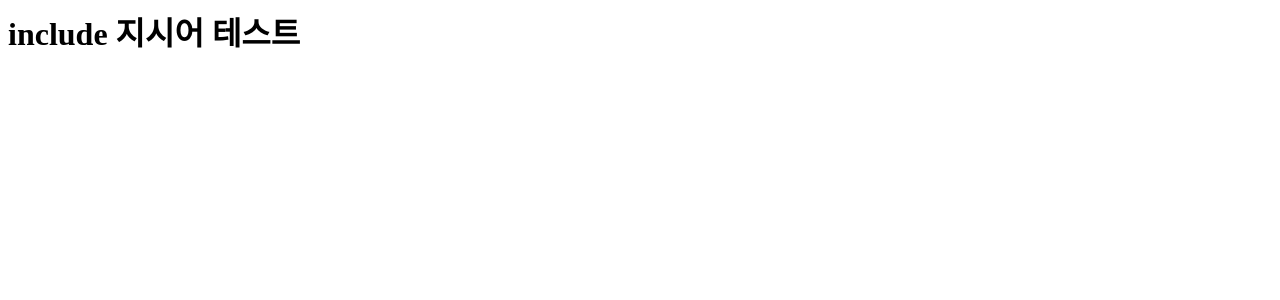
Repository: BogyeumKim/JSP
Page: http://localhost/FirstWeb/include/header.jsp
The author's editor kept a copy of each file at every save. The page is drawn from the files as they stood at one save, then again after the next save.
The browser window is 1280 px wide. The pictures show the whole page.
The page is served by Tomcat 9.

Above is the page before, as saved 2020-06-30 06:08:56.

After the next save:
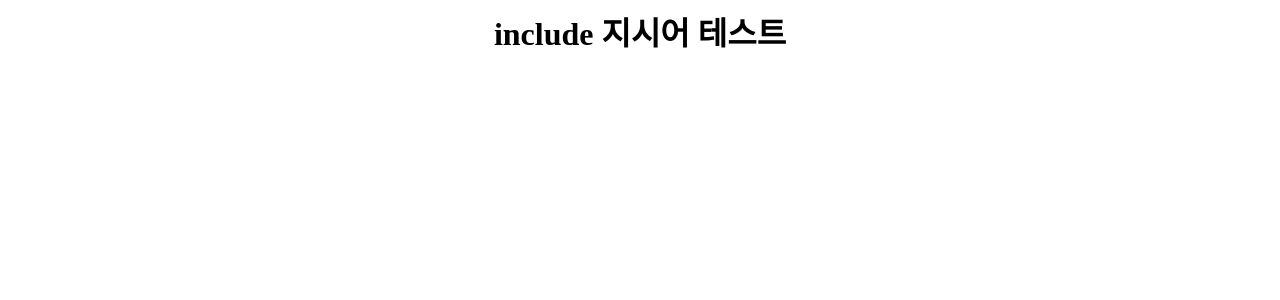
Saved 10 s later.
--- a/FirstWeb/WebContent/include/header.jsp
+++ b/FirstWeb/WebContent/include/header.jsp
@@ -4,7 +4,7 @@
 
 <style>
 h1{
-text-aligen:center;
+text-align:center;
 }
 </style>
 
